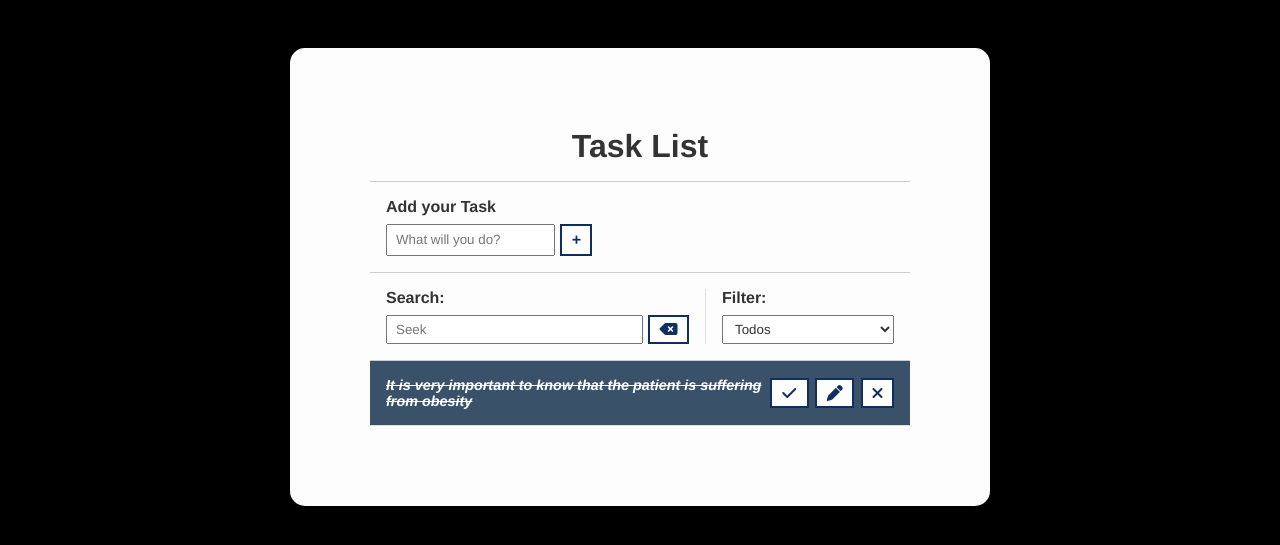
Repository: bek77g/todoList-vanillaJS
Page: index.html
These files come from the project's save history. The page is drawn as it stood at one moment and after the next save; the edit follows.
The browser window is 1280 px wide. The pictures show the whole page.
Some web libraries are served in a nearby version.

Above is the page before, as saved 2023-01-23 11:41:42.
Console error: TypeError: Cannot read properties of null (reading 'addEventListener')

After the next save:
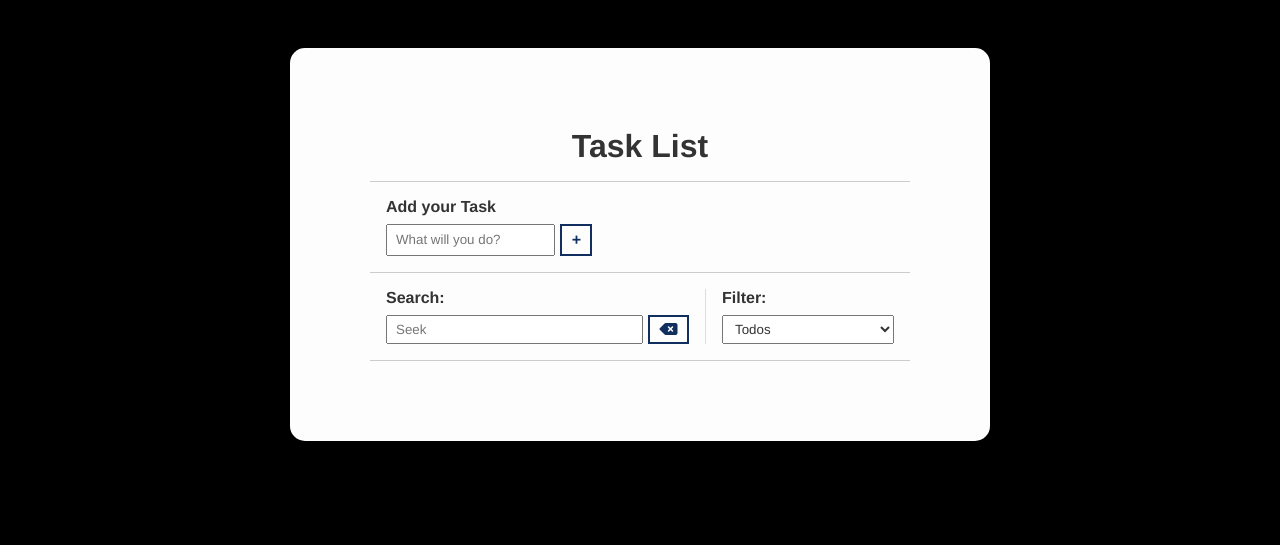
Saved 40 s later.
--- a/index.html
+++ b/index.html
@@ -49,7 +49,7 @@
         </div>
       </div>
       <div id="todo-list">
-        <div class="todo done">
+        <!-- <div class="todo done">
           <h3>
             It is very important to know that the patient is suffering from
             obesity
@@ -63,7 +63,7 @@
           <button class="remove-todo">
             <i class="fa-solid fa-xmark"></i>
           </button>
-        </div>
+        </div> -->
       </div>
     </div>
     <script src="src/js/app.js"></script>
